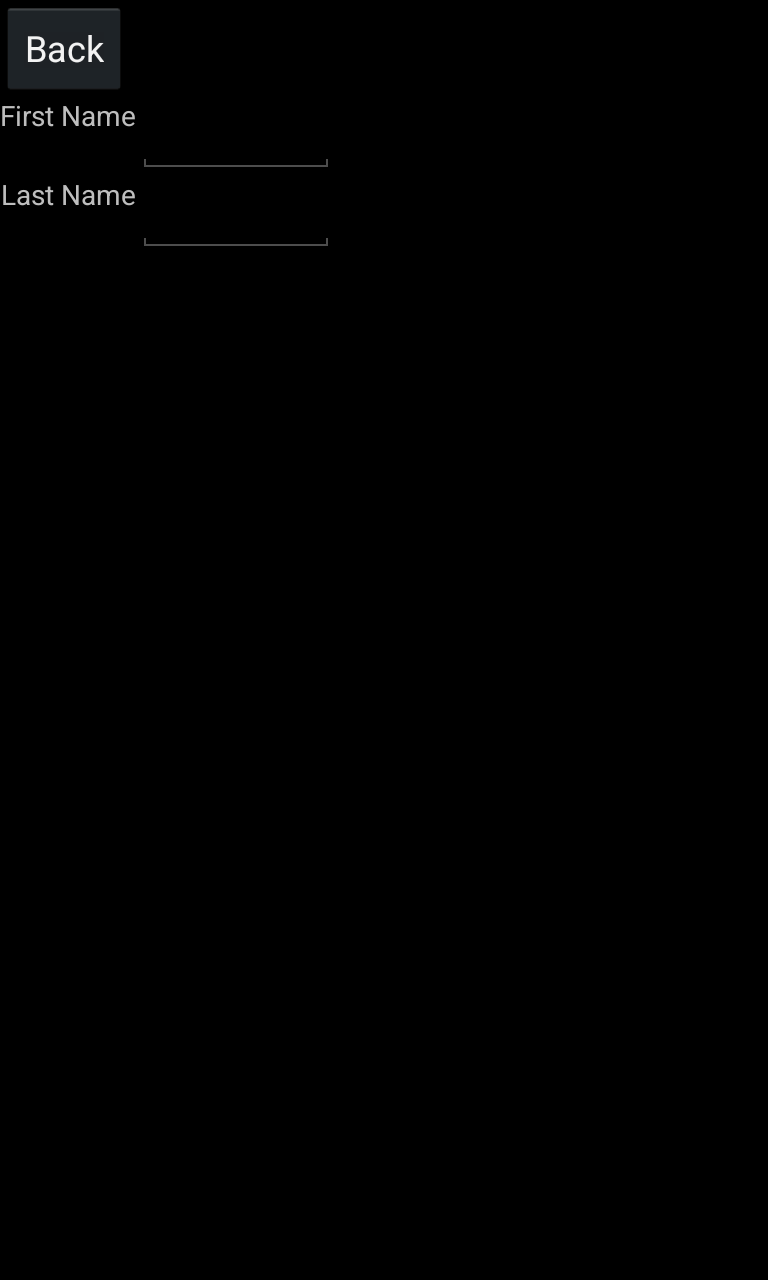
Repository: MobileAffairsLTD/AndroidDemos
Layout: 2.UI_Toast_Alert/res/layout/main.xml
An editor plug-in stored every save of this project. The layout is shown before and after the next save, followed by the edit.
It is drawn on a 768 x 1280 px phone screen (xhdpi) without system bars, with theme android:Theme.Holo; the app's code is not run.

Above is the layout before, as saved 2012-04-22 17:16:49.

### 2.UI_Toast_Alert/res/layout/main.xml
<RelativeLayout
	android:layout_width="fill_parent"
	android:layout_height="fill_parent"
	xmlns:android="http://schemas.android.com/apk/res/android">
	<Button
 		android:id="@+id/backbutton"
 		android:text="@string/back"
 		android:layout_width="wrap_content"
 		android:layout_height="wrap_content" />
	<TextView
   		android:id="@+id/firstName"
   		android:text="@string/first_name"
   		android:layout_width="wrap_content"
   		android:layout_height="wrap_content"
   		android:layout_below="@id/backbutton" />
	<EditText
		android:id="@+id/editFirstName"
		android:width="100dp"
		android:layout_width="wrap_content"
		android:layout_height="wrap_content"
		android:layout_toRightOf="@id/firstName"
		android:layout_below="@id/backbutton"/>
	<EditText
		android:id="@+id/editLastName"
		android:width="100dp"
		android:layout_width="wrap_content"
		android:layout_height="wrap_content"
		android:layout_below="@id/editFirstName"
		android:layout_alignLeft="@id/editFirstName"/>
	<TextView
		android:id="@+id/lastName"
		android:text="@string/last_name"
		android:layout_width="wrap_content"
		android:layout_height="wrap_content"
		android:layout_toLeftOf="@id/editLastName"
		android:layout_below="@id/editFirstName" />
</RelativeLayout>

### 2.UI_Toast_Alert/res/values/strings.xml
<?xml version="1.0" encoding="utf-8"?>
<resources>

    <string name="hello">Hello World, DrawablesActivity!</string>
    <string name="app_name">Drawables</string>
    <string name="next">Next</string>
    <string name="first_name">First Name</string>
    <string name="last_name">Last Name</string>
    <string name="back">Back</string>

</resources>

After the next save:
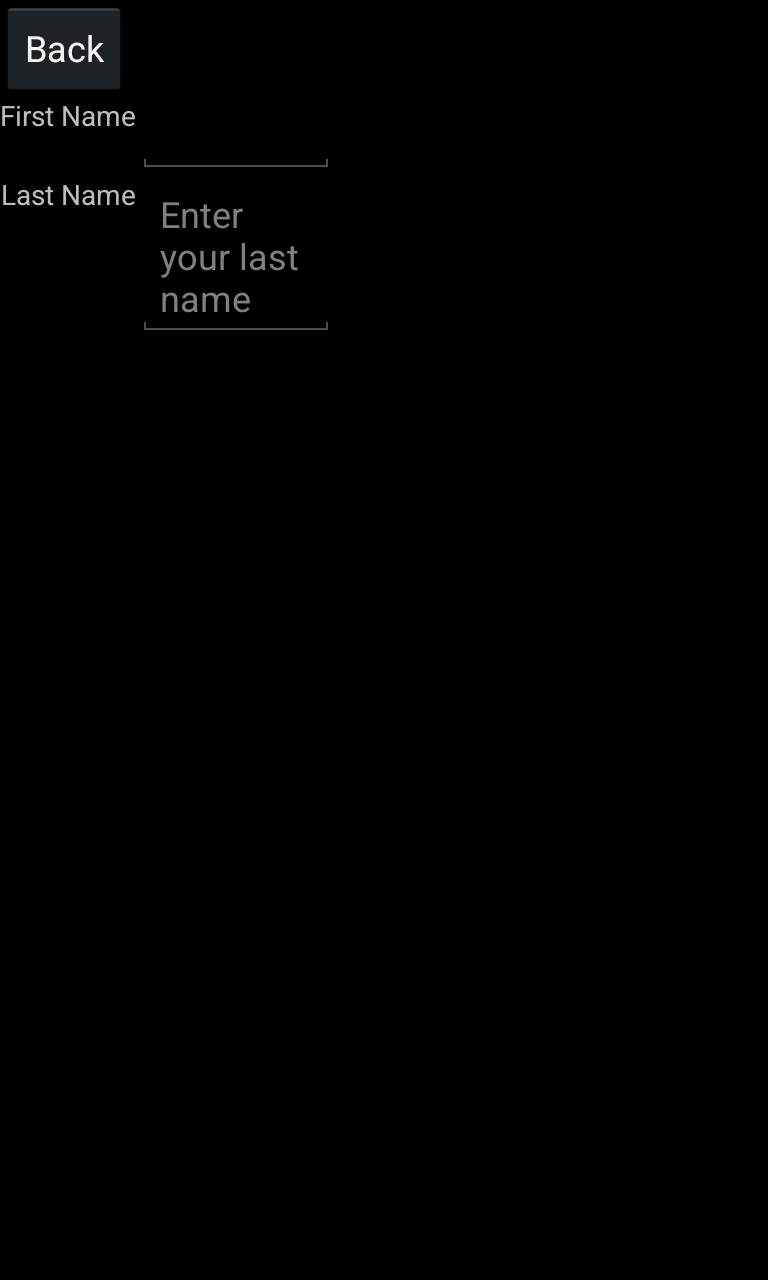
Saved 42 s later.
--- a/2.UI_Toast_Alert/res/layout/main.xml
+++ b/2.UI_Toast_Alert/res/layout/main.xml
@@ -26,7 +26,8 @@
 		android:layout_width="wrap_content"
 		android:layout_height="wrap_content"
 		android:layout_below="@id/editFirstName"
-		android:layout_alignLeft="@id/editFirstName"/>
+		android:layout_alignLeft="@id/editFirstName"
+		android:hint="Enter your last name"></EditText>"
 	<TextView
 		android:id="@+id/lastName"
 		android:text="@string/last_name"
